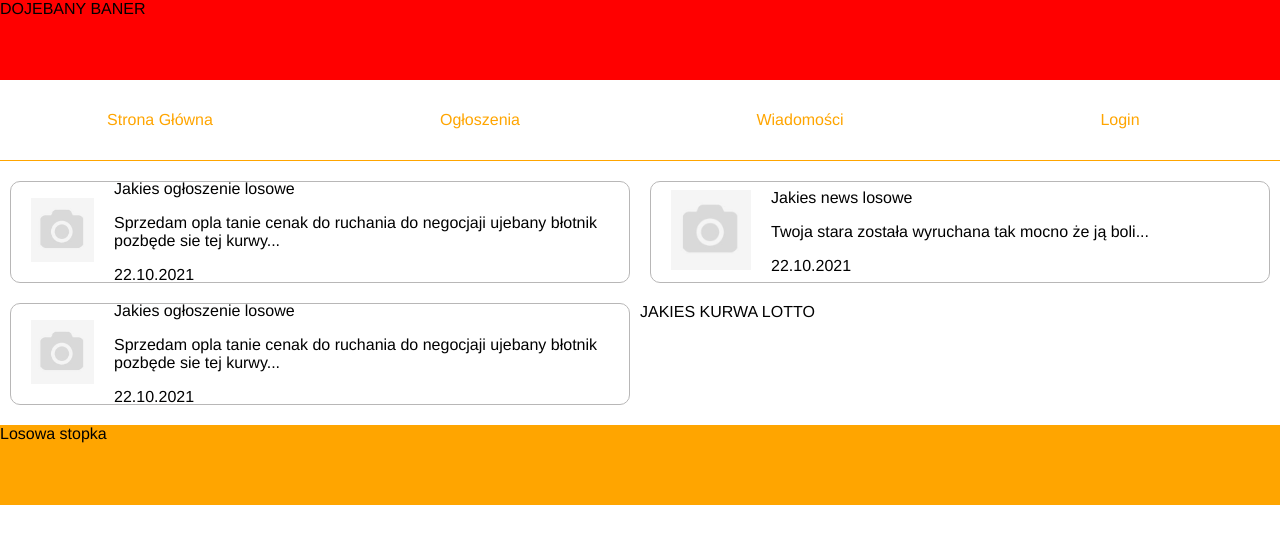
Repository: PatrykStawik/projectppz
Page: /
The author's editor kept a copy of each file at every save. The page is drawn from the files as they stood at one save, then again after the next save.
The browser window is 1280 px wide. The pictures show the whole page.
The project was rebuilt for these pictures with package versions that can differ from the ones it lists, and the page was loaded fresh each time. The framework's server and built-in components were replaced by stand-ins that run in the browser.

Above is the page before, as saved 2021-05-22 14:03:03.

After the next save:
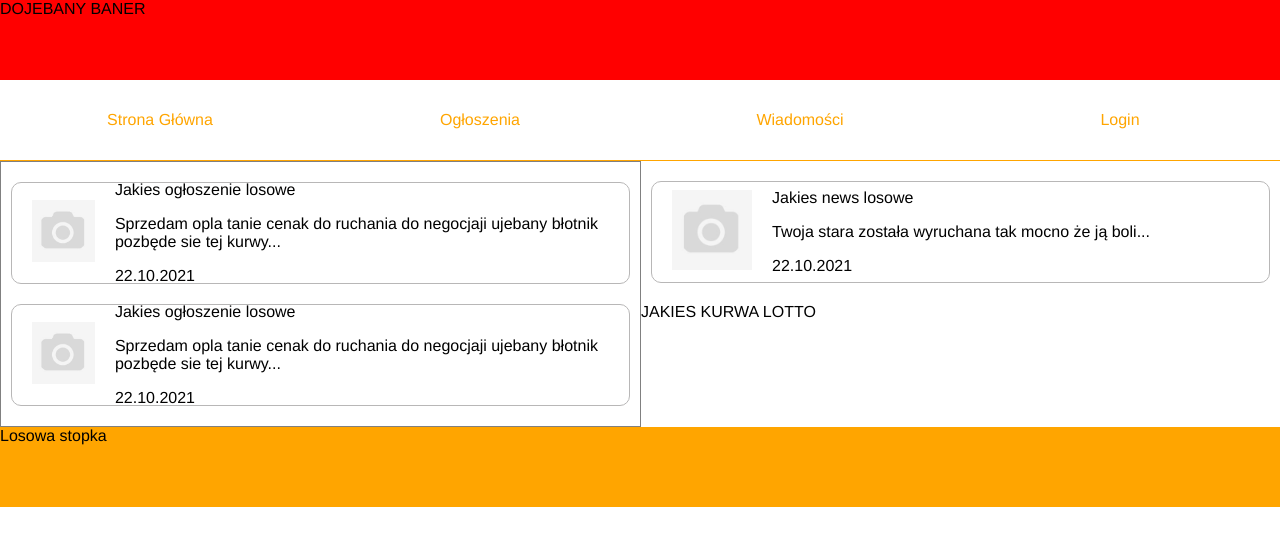
Saved 17 s later.
--- a/components/IndexPage/IndexPage.tsx
+++ b/components/IndexPage/IndexPage.tsx
@@ -7,6 +7,7 @@ const Wrapper = styled.div`
   ${setFlex()};
   .advertisement{
     flex: 1;
+    border: 1px solid gray;
   }
   .container{
     flex: 1;
